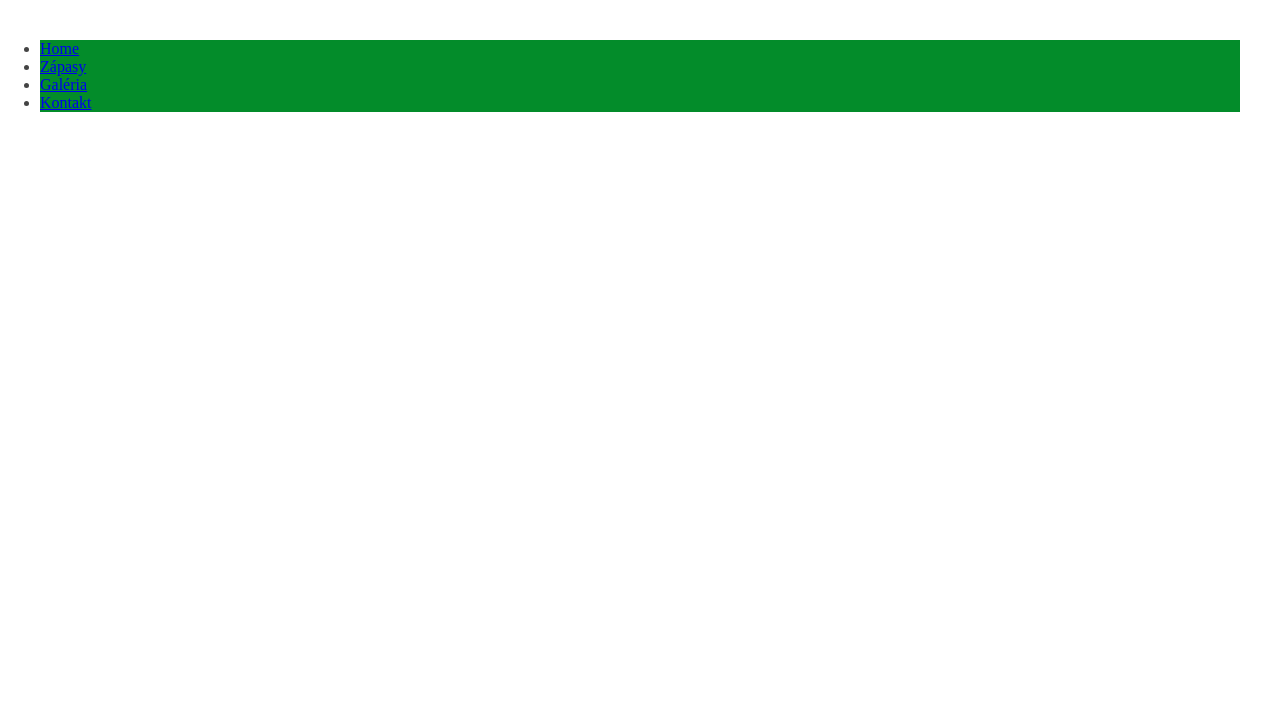
Repository: Badynko/tennis-website
Page: index.html
An editor plug-in stored every save of this project. The page is shown before and after the next save, followed by the edit.
The browser window is 1280 px wide. The pictures show the whole page.

Above is the page before, as saved 2024-07-31 20:34:01.

### index.html
<!DOCTYPE html>
<html lang="en">
  <head>
    <meta charset="UTF-8" />
    <meta name="viewport" content="width=device-width, initial-scale=1.0" />
    <title>Výsledky zápasov 2024</title>
    <link rel="stylesheet" href="css/style.css" />
    <body>
      <div class="container">
        <header class="header">
          <nav>
            <ul class="menu">
              <li class="menu-item"><a href="#">Home</a></li>
              <li class="menu-item"><a href="#">Zápasy</a></li>
              <li class="menu-item"><a href="#">Galéria</a></li>
              <li class="menu-item"><a href="#">Kontakt</a></li>
            </ul>
          </nav>
        </header>
        <main class="main"></main>
        <footer class="footer"></footer>
      </div>
    </body>
  </head>
  <body></body>
</html>

### css/style.css
* {
  margin: 0;
  padding: 0;
  box-sizing: border-box;
}

body {
  margin: 40px;
}

.header {
  grid-area: header;
  background-color: #038c2a;
}

.main {
  grid-area: main;
  background-color: #d7710c;
}

.footer {
  grid-area: footer;
  background-color: #010314;
}

.container {
  display: grid;
  grid-gap: 0;
  grid-template-columns: 1fr 1fr 1fr;
  grid-template-areas:
    "header  header  header"
    "sidebar content content"
    "footer  footer  footer";
  background-color: #fff;
  color: #444;
}

After the next save:
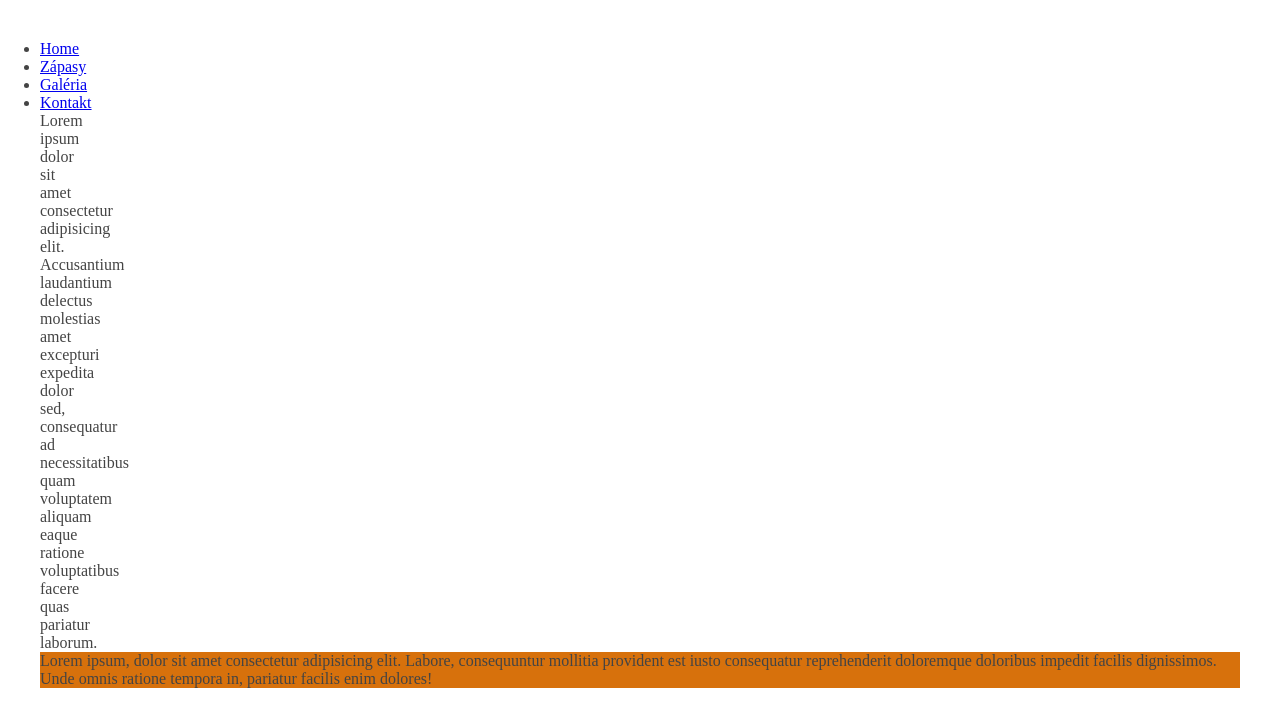
Saved 19 s later.
--- a/index.html
+++ b/index.html
@@ -17,8 +17,18 @@
             </ul>
           </nav>
         </header>
-        <main class="main"></main>
-        <footer class="footer"></footer>
+        <main class="main">
+          Lorem ipsum, dolor sit amet consectetur adipisicing elit. Labore,
+          consequuntur mollitia provident est iusto consequatur reprehenderit
+          doloremque doloribus impedit facilis dignissimos. Unde omnis ratione
+          tempora in, pariatur facilis enim dolores!
+        </main>
+        <footer class="footer">
+          Lorem ipsum dolor sit amet consectetur adipisicing elit. Accusantium
+          laudantium delectus molestias amet excepturi expedita dolor sed,
+          consequatur ad necessitatibus quam voluptatem aliquam eaque ratione
+          voluptatibus facere quas pariatur laborum.
+        </footer>
       </div>
     </body>
   </head>
